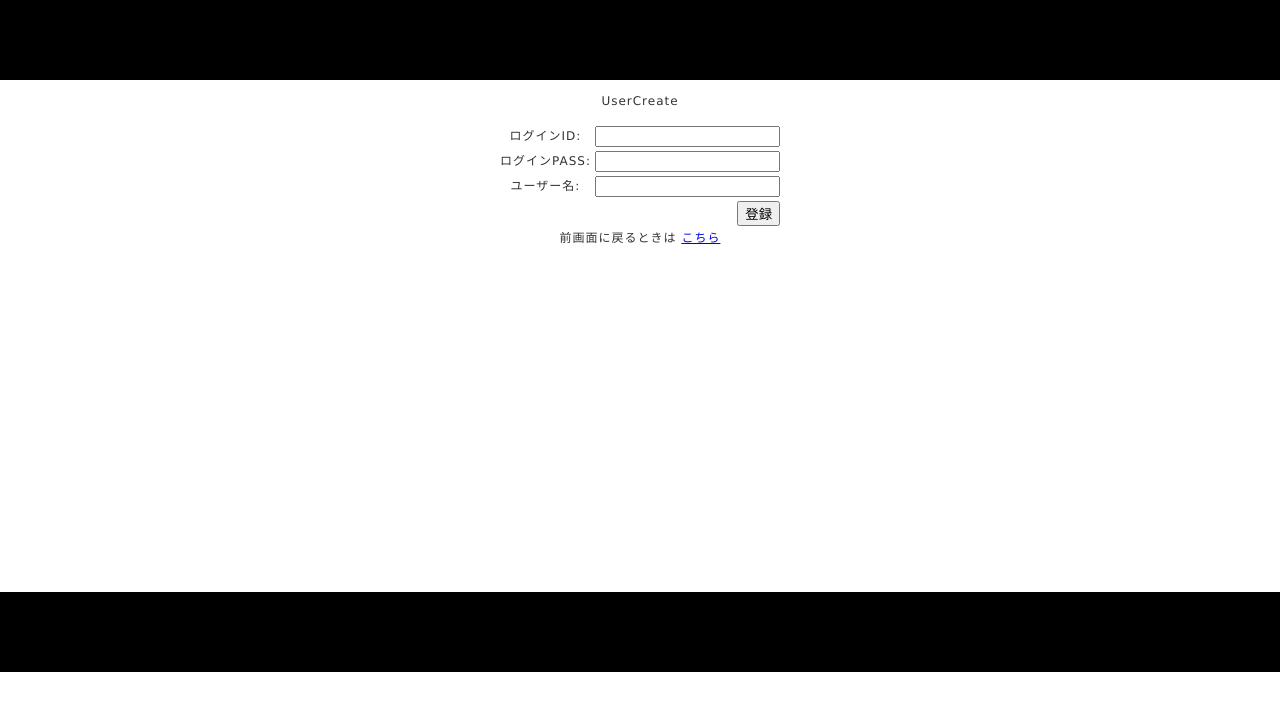
Repository: kazuki000/test
Page: http://localhost/templete2/userCreate.jsp
The author's editor kept a copy of each file at every save. The page is drawn from the files as they stood at one save, then again after the next save.
The browser window is 1280 px wide. The pictures show the whole page.
The page is served by Tomcat 9.

Above is the page before, as saved 2019-04-25 19:52:26.

After the next save:
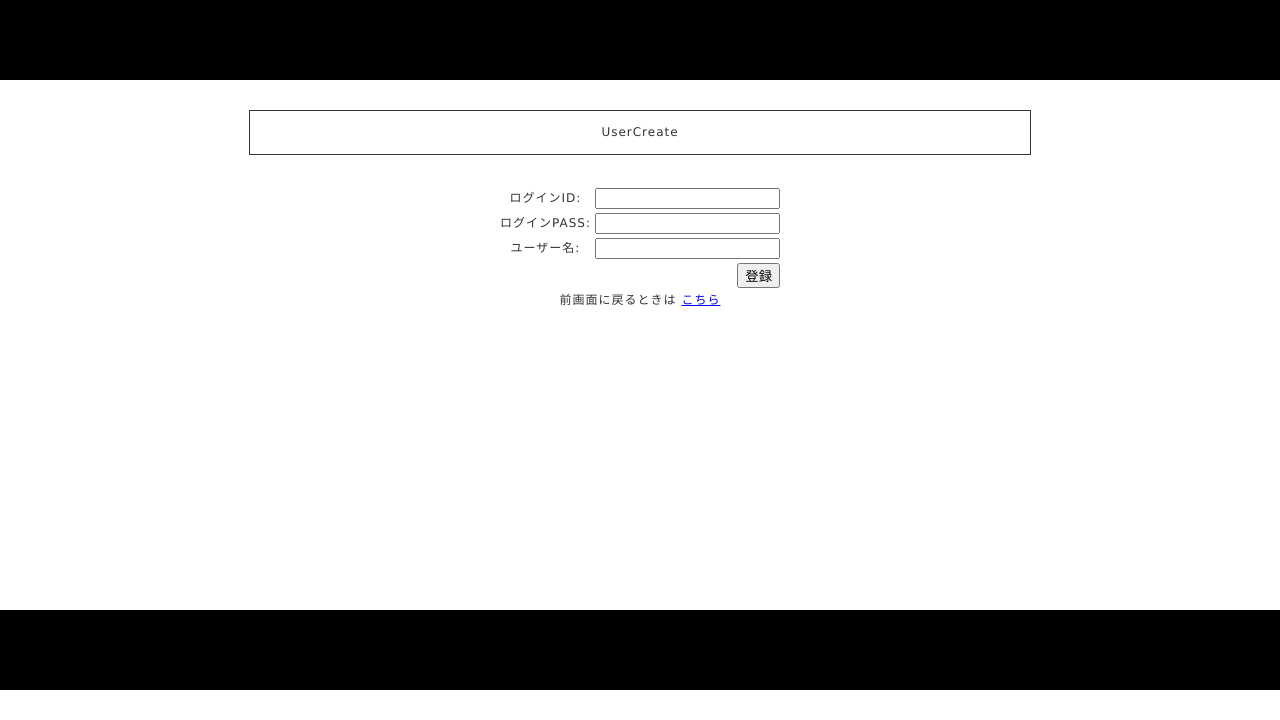
Saved 35 s later.
--- a/templete2/WebContent/userCreate.jsp
+++ b/templete2/WebContent/userCreate.jsp
@@ -30,7 +30,7 @@ table {
 	margin: 0 auto;
 }
 
-/
+
 #top {
 	width: 780px;
 	margin: 30px auto;
